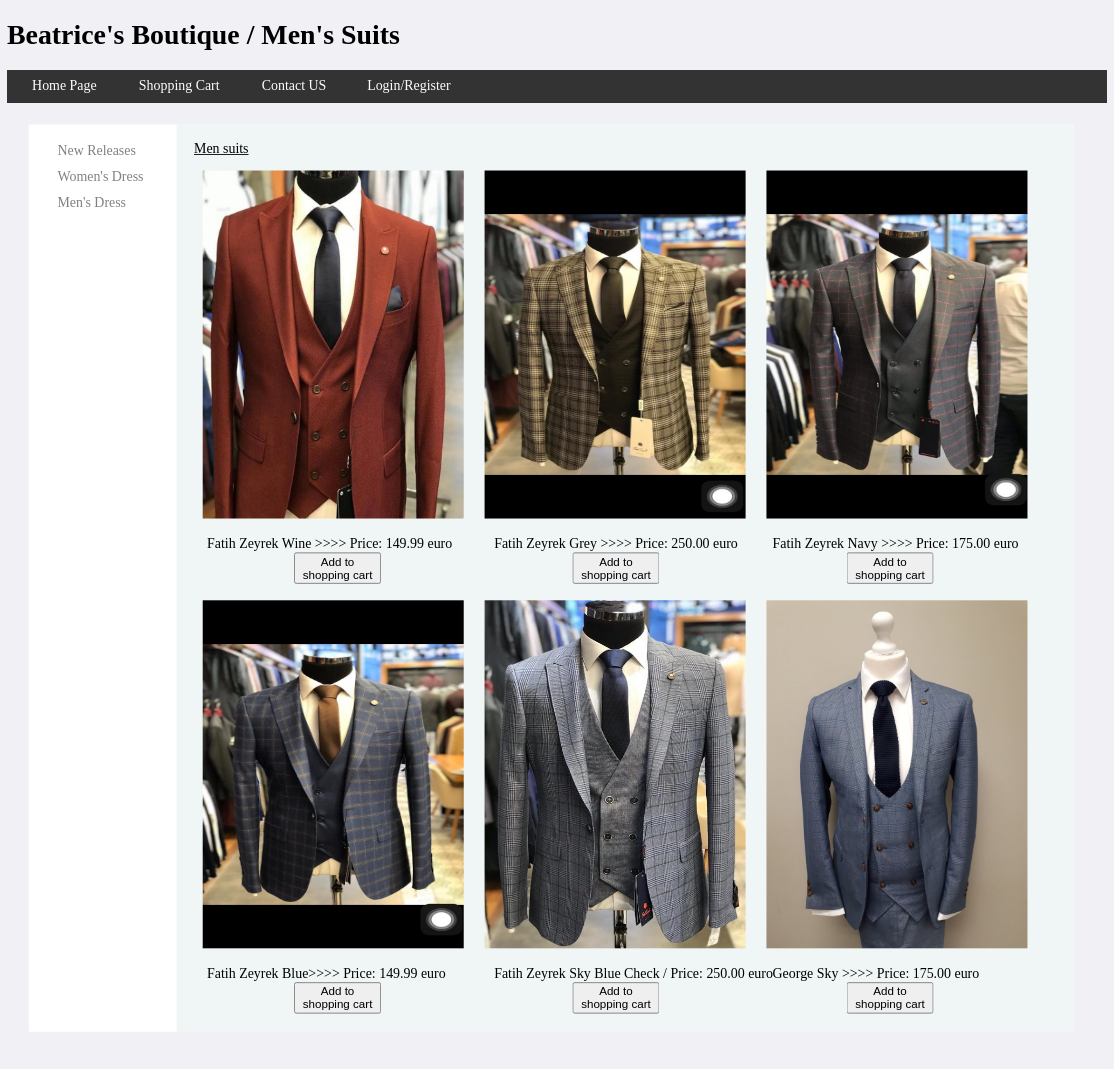
Repository: IosifDobos/Beatrice-Boutique
Page: http://localhost/BeatriceBoutique/mensClothes.jsp
An editor plug-in stored every save of this project. The page is shown before and after the next save, followed by the edit.
The browser window is 1280 px wide. The pictures show the whole page, at 87% of full size.
The page is served by Tomcat 9. Other server files are loaded and not shown.

Above is the page before, as saved 2018-12-05 18:37:15.

### BeatriceBoutique/Java/WorkSpace/BeatriceBoutique/WebContent/mensClothes.jsp
<%@ page language="java" contentType="text/html; charset=ISO-8859-1"
    pageEncoding="ISO-8859-1"
    import="java.io.*"
    import="java.util.*"
    import="com.example.business.Product"%>

<!DOCTYPE html >
<html>
<head>
<meta http-equiv="Content-Type" content="text/html; charset=ISO-8859-1">
<link rel="stylesheet" type="text/css" href="styleSheet.css">
<title>Women's Clothes</title>
</head>
<body>

	<h1>Beatrice's Boutique / Men's Suits</h1>

	<ul>
		<li><a href="homePage.html">Home Page</a></li>
		<li><a href="shoppingCart.jsp">Shopping Cart</a></li>
		<li><a href="contact.html">Contact US</a></li>
		<li><a href="login.html">Login/Register</a></li>
	</ul>


	<div class = "container">
		<!-- left side of the container where menu is displayed -->
		<div id="sidemenu">
			<a href="#">New Releases</a>
			<a href="womensClothes.jsp">Women's Dress</a>
			<a href="mensClothes.jsp">Men's Dress</a>
		</div>
		<!-- right side of the container -->
		<div id="right-side">
			<p><u>Men suits</u></p>

			<% 	List<Product> products;
				products = (List<Product>)(request.getSession().getAttribute("products"));
			%>

			<img alt="dress" src="mens-img/download.jpeg" width="300" height="400" style="margin-left: 10px;">

			<img alt="dress1" src="mens-img/Fatih_Grey+Check-Black.jpg" width="300" height="400" style="margin-left: 20px;">

			<img alt="dress2" src="mens-img/Fatih_Navy-Burgundy+Check.jpg" width="300" height="400" style="margin-left: 20px;">
			<div id="product-1">
				<p>Fatih Zeyrek Wine >>>> Price: 149.99 euro</p>
			</div>
			<div id="product-2">
				<p>Fatih Zeyrek Grey >>>>  Price: 250.00 euro</p>
			</div>
			<div id="product-3">
				<p>Fatih Zeyrek Navy >>>>  Price: 175.00 euro</p>
			</div>
			<div id ="button-url">
				<button data-url="shoppingCart.html" type="button" title="Add to shopping cart"
				class="button">
						Add to shopping cart
				</button>
			</div>
			<div id ="button-url1">
				<button data-url="shoppingCart.html" type="button" title="Add to shopping cart"
				class="button">
						Add to shopping cart
				</button>
			</div>
			<div id ="button-url2">
				<button data-url="shoppingCart.html" type="button" title="Add to shopping cart"
				class="button">
						Add to shopping cart
				</button>
			</div>
			<br><br><br><br><br><br>
			<img alt="dress3" src="mens-img/Fatih+Blue-Mustard+Check.jpg" width="300" height="400" style="margin-left: 10px;">

			<img alt="dress4" src="mens-img/suit-1.jpeg" width="300" height="400" style="margin-left: 20px;">

			<img alt="dress5" src="mens-img/suit-2.jpg" width="300" height="400" style="margin-left: 20px;">
			<div id="product-1">
				<p>Fatih Zeyrek Blue>>>>  Price: 149.99 euro</p>
			</div>
			<div id="product-2">
				<p>Fatih Zeyrek Sky Blue Check / Price: 250.00 euro</p>
			</div>
			<div id="product-3">
				<p>George Sky >>>>  Price: 175.00 euro</p>
			</div>
			<div id ="button-url">
				<button data-url="shoppingCart.html" type="button" title="Add to shopping cart"
				class="button">
						Add to shopping cart
				</button>
			</div>
			<div id ="button-url1">
				<button data-url="shoppingCart.html" type="button" title="Add to shopping cart"
				class="button">
						Add to shopping cart
				</button>
			</div>
			<div id ="button-url2">
				<button data-url="shoppingCart.html" type="button" title="Add to shopping cart"
				class="button">
						Add to shopping cart
				</button>
			</div>
			<br><br><br><br><br>
		</div>

	</div>

</body>
</html>

### BeatriceBoutique/Java/WorkSpace/BeatriceBoutique/WebContent/styleSheet.css
@charset "UTF-8";

body{
	background-color: #f0f0f5;
}

ul {
	position: -webkit-sticky;
	position: sticky;
    list-style-type: none;
    top: 0;
    margin: 0;
    padding: 0;
    overflow: hidden;
    background-color: #333;
}

li{
	float: left;
}

li a{
	display: block;
	color: white;
	text-align: center;
	padding: 10px 16px;
	text-decoration: none;
	width: 100px;

}

li a:hover {
    background-color: #555;
    color: white;
}

.active {
    background-color: #4CAF50;
    color: white;
}

.container{
	margin-top: 25px;
	margin-left: 25px;
	margin-right: 25px;
	background-color:  white;
	min-height: 400px;
	width: 95%;
}

/*#container:after{
	content: "";
	display: table;
	clear: both;
} */



#sidemenu {
    min-height: 100px;; /* Full-height: remove this if you want "auto" height */
    width: 150px;; /* Set the width of the sidebar */
    position: fixed; /* Fixed Sidebar (stay in place on scroll) */
    z-index: 1; /* Stay on top */
    top: 150px; /* Stay at the top */
    left: 50px;
    background-color: ; /* Black */
    overflow-x: hidden; /* Disable horizontal scroll */
    padding: 8px 0;
}

#sidemenu a {
    padding: 6px 8px 6px 16px;
    text-decoration: none;
    font-size: 16px;
    color: #818181;
    display: block;
}

/* When you mouse over the navigation links, change their color */
#sidemenu a:hover {
    color: #679898;
}

/* Style page content */
#right-side {
    margin-left: 170px; /* Same as the width of the sidebar */
    padding: 3px 5px 20px 20px;
    background-color: #f0f5f5;
    min-height: 400px;
}


/* #right-side{
	float: right;
	margin-right: 20px;
	width: 60%;
} */


#product-1{
	position: absolute;
	margin-left: 15px;
}

#product-2{
	position: absolute;
	margin-left: 345px;
}

#product-3{
	position: absolute;
	margin-left: 665px;
}

#button-url{
	position: absolute;
	margin-top: 35px;
	margin-left: 115px;
	width: 100px;
	height: 100px;
}

#button-url1{
	position: absolute;
	margin-top: 35px;
	margin-left: 435px;
	width: 100px;
	height: 100px;
}

#button-url2{
	position: absolute;
	margin-top: 35px;
	margin-left: 750px;
	width: 100px;
	height: 100px;
}


/* Responsive layout - when the screen is less than 600px wide, make the two columns stack on top of each other instead of next to each other */
@media screen and (max-width: 600px) {
    .col-25, .col-75, input[type=submit] {
        width: 100%;
        margin-top: 0;
    }
}

@media screen and (max-height: 450px) {
    #sidemenu {padding-top: 15px;}
    #sidemenu a {font-size: 18px;}
}

After the next save:
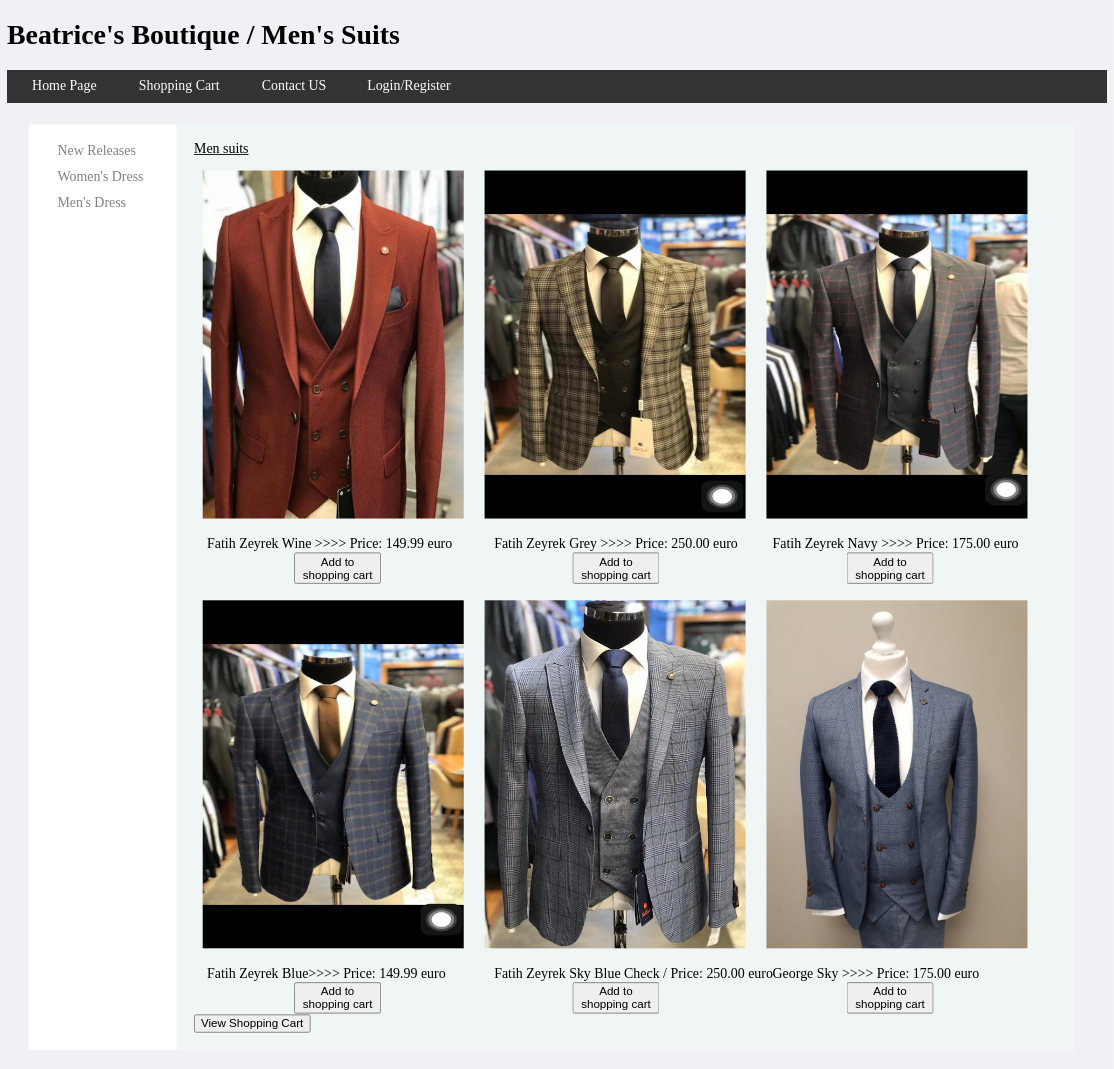
Saved 36 s later.
--- a/BeatriceBoutique/Java/WorkSpace/BeatriceBoutique/WebContent/mensClothes.jsp
+++ b/BeatriceBoutique/Java/WorkSpace/BeatriceBoutique/WebContent/mensClothes.jsp
@@ -104,6 +104,10 @@
 				</button>
 			</div>
 			<br><br><br><br><br>
+			<form action="FrontController" method="post">
+	     <input type="hidden" name="action" value="ViewShoppingCart" />
+         <input type="submit" value="View Shopping Cart" />
+    </form>
 		</div>
 
 	</div>
